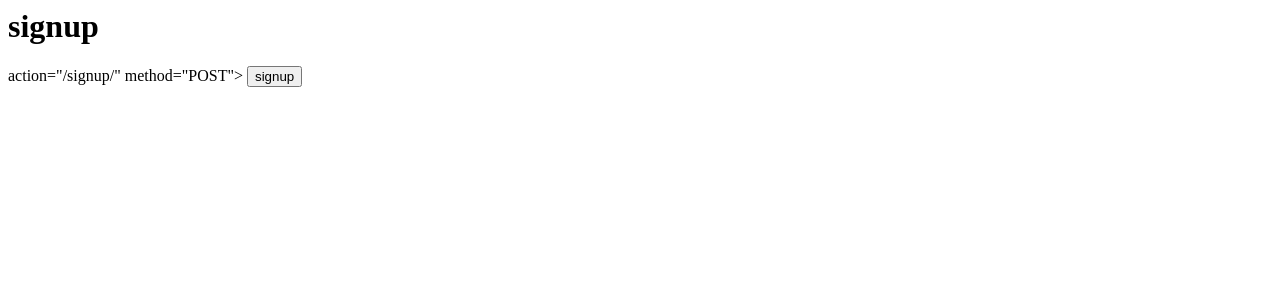
Repository: Andres250602/auth.django
Page: http://localhost/signup/
These files come from the project's save history. The page is drawn as it stood at one moment and after the next save; the edit follows.
The browser window is 1280 px wide. The pictures show the whole page.
The page is served by the project's application, run on Django 5.2 (manage.py). Other server files are loaded and not shown.

Above is the page before, as saved 2024-04-10 10:08:06.

### myapp/templates/signup.html
<h1>signup</h1>
<form>action="/signup/" method="POST">
    {%csrf_token%}
    {{form.as_p}}
    <button>
        signup
    </button>
</form>

### myapp/views.py
from django.shortcuts import render
from django.contrib.auth.forms import UserCreationForm

def home(request):

    return render(request, 'home.html')
def signup(request):
    return render(request, 'signup.html')

### mysite/urls.py
"""
URL configuration for mysite project.

The `urlpatterns` list routes URLs to views. For more information please see:
    https://docs.djangoproject.com/en/5.0/topics/http/urls/
Examples:
Function views
    1. Add an import:  from my_app import views
    2. Add a URL to urlpatterns:  path('', views.home, name='home')
Class-based views
    1. Add an import:  from other_app.views import Home
    2. Add a URL to urlpatterns:  path('', Home.as_view(), name='home')
Including another URLconf
    1. Import the include() function: from django.urls import include, path
    2. Add a URL to urlpatterns:  path('blog/', include('blog.urls'))
"""
from django.contrib import admin
from django.urls import path, include

urlpatterns = [
    path('admin/', admin.site.urls),
    path('', include('myapp.urls'))

]

### myapp/urls.py
from django.urls import path
from . import views
urlpatterns = [

    path ('', views.home, name='home'),
    path ('signup/', views.signup, name='signup'),


]

After the next save:
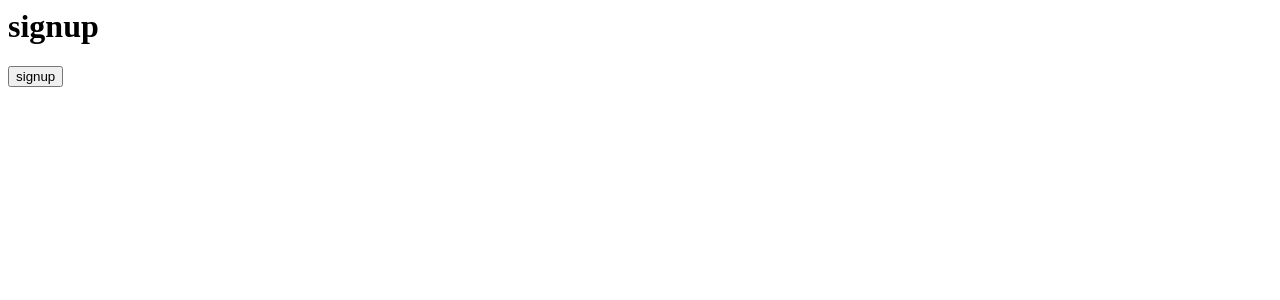
Saved 102 s later.
--- a/myapp/templates/signup.html
+++ b/myapp/templates/signup.html
@@ -1,5 +1,5 @@
 <h1>signup</h1>
-<form>action="/signup/" method="POST">
+<form action="/signup/" method="POST">
     {%csrf_token%}
     {{form.as_p}}
     <button>
